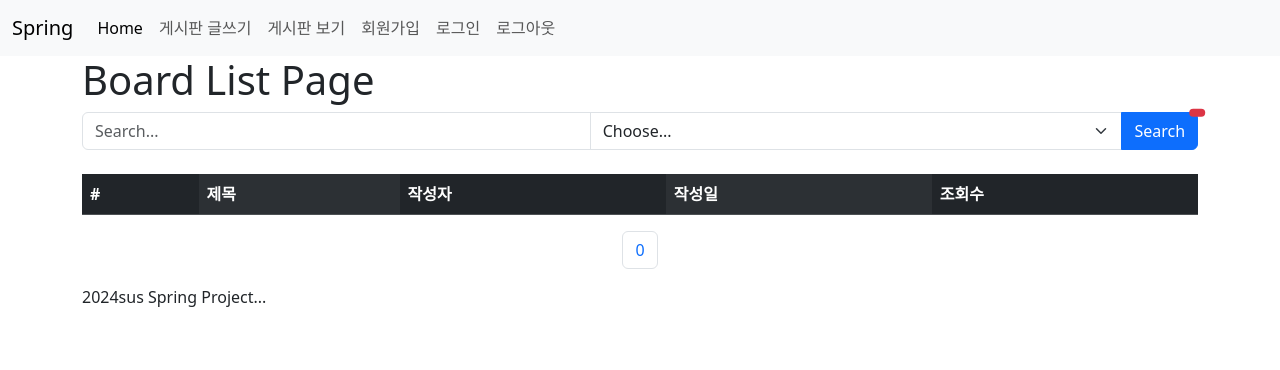
Repository: Ceciliaseon/springTest20240430
Page: http://localhost/spring_study/WEB-INF/views/board/list.jsp
The author's editor kept a copy of each file at every save. The page is drawn from the files as they stood at one save, then again after the next save.
The browser window is 1280 px wide. The pictures show the whole page.
The page is served by Tomcat 9. Nobody is signed in. The template is opened directly, without the code that normally fills it, so the values that code supplies are empty.

Above is the page before, as saved 2024-04-25 02:38:30.

### spring_study/src/main/webapp/WEB-INF/views/board/list.jsp
<%@ page language="java" contentType="text/html; charset=UTF-8"
    pageEncoding="UTF-8"%>
<%@ taglib uri="http://java.sun.com/jsp/jstl/core" prefix="c"%>

<jsp:include page="../layout/header.jsp" />

<div class="container-md">
	<h1>Board List Page</h1>
	<!-- 검색라인  -->
	<form action="/board/list" method="get">
		<div class="input-group">
			<input type="text" class="form-control" placeholder="Search..." aria-label="Username">
		  <select class="form-select" id="inputGroupSelect04" aria-label="Example select with button addon">
		    <option selected>Choose...</option>
		    <option value="1">title</option>
		    <option value="2">writer</option>
		    <option value="3">content</option>
		  </select>
		  <button class="btn btn-primary" type="button">
		  	Search
			  <span class="position-absolute top-0 start-100 translate-middle badge rounded-pill bg-danger">
			    ${ph.totalCount }
			    <span class="visually-hidden">unread messages</span>
			  </span>
		  </button>
		</div>
		<br>
	</form>
	<table class="table table-dark table-striped-columns">
		<thead>
			<tr>
				<th>#</th>
				<th>제목</th>
				<th>작성자</th>
				<th>작성일</th>
				<th>조회수</th>
			</tr>
		</thead>
		<tbody>
			<c:forEach items="${list }" var="bvo">
				<tr>
					<td>${bvo.bno }</td>
					<td><a href="/board/detail?bno=${bvo.bno }"> ${bvo.title }</a></td>
					<td>${bvo.writer }</td>
					<td>${bvo.reg_date }</td>
					<td>${bvo.read_count }</td>
				</tr>
			</c:forEach>
		</tbody>
	</table>

	<!-- 페이지네이션 라인 -->
	<nav aria-label="Page navigation example">
	  <ul class="pagination justify-content-center">
	  	<c:if test="${ph.prev }">
	    <li class="page-item">
	      <a class="page-link" href="/board/list?pageNo=${ph.startPage-1 }&qty=${ph.pgvo.qty}" aria-label="Previous">
	        <span aria-hidden="true">&laquo;</span>
	      </a>
	    </li>
	    </c:if>

	    <c:forEach begin="${ph.startPage }" end="${ph.endPage }" var="i">
	    	<li class="page-item">
	    		<a class="page-link" href="/board/list?pageNo=${i }&qty=${ph.pgvo.qty}">${i }</a>
	    	</li>
	    </c:forEach>

	    <c:if test="${ph.next }">
	    <li class="page-item">
	      <a class="page-link" href="/board/list?pageNo=${ph.endPage+1 }&qty=${ph.pgvo.qty}" aria-label="Next">
	        <span aria-hidden="true">&raquo;</span>
	      </a>
	    </li>
	    </c:if>
	  </ul>
	</nav>
</div>

<jsp:include page="../layout/footer.jsp" />

### spring_study/src/main/webapp/WEB-INF/views/layout/header.jsp
<%@ page language="java" contentType="text/html; charset=UTF-8"
    pageEncoding="UTF-8"%>
<!DOCTYPE html>
<html>
<head>
<meta charset="UTF-8">
<title>header.jsp</title>
<link href="https://cdn.jsdelivr.net/npm/bootstrap@5.3.3/dist/css/bootstrap.min.css" rel="stylesheet" integrity="sha384-QWTKZyjpPEjISv5WaRU9OFeRpok6YctnYmDr5pNlyT2bRjXh0JMhjY6hW+ALEwIH" crossorigin="anonymous">
<script src="https://cdn.jsdelivr.net/npm/bootstrap@5.3.3/dist/js/bootstrap.bundle.min.js" integrity="sha384-YvpcrYf0tY3lHB60NNkmXc5s9fDVZLESaAA55NDzOxhy9GkcIdslK1eN7N6jIeHz" crossorigin="anonymous"></script>
</head>
<body>

<nav class="navbar navbar-expand-lg bg-body-tertiary">
  <div class="container-fluid">
    <a class="navbar-brand" href="#">Spring</a>
    <button class="navbar-toggler" type="button" data-bs-toggle="collapse" data-bs-target="#navbarSupportedContent" aria-controls="navbarSupportedContent" aria-expanded="false" aria-label="Toggle navigation">
      <span class="navbar-toggler-icon"></span>
    </button>
    <div class="collapse navbar-collapse" id="navbarSupportedContent">
      <ul class="navbar-nav me-auto mb-2 mb-lg-0">
        <li class="nav-item">
          <a class="nav-link active" aria-current="page" href="#">Home</a>
        </li>
        <li class="nav-item">
          <a class="nav-link" href="/board/register">게시판 글쓰기</a>
        </li>
        <li class="nav-item">
          <a class="nav-link" href="/board/list">게시판 보기</a>
        </li>
        <li class="nav-item">
          <a class="nav-link" href="#">회원가입</a>
        </li>
        <li class="nav-item">
          <a class="nav-link" href="#">로그인</a>
        </li>
        <li class="nav-item">
          <a class="nav-link" href="#">로그아웃</a>
        </li>
      </ul>
    </div>
  </div>
</nav>

### spring_study/src/main/webapp/WEB-INF/views/layout/footer.jsp
<%@ page language="java" contentType="text/html; charset=UTF-8"
    pageEncoding="UTF-8"%>

<div class="container-md">
	2024sus Spring Project...
</div>

</body>
</html>

After the next save:
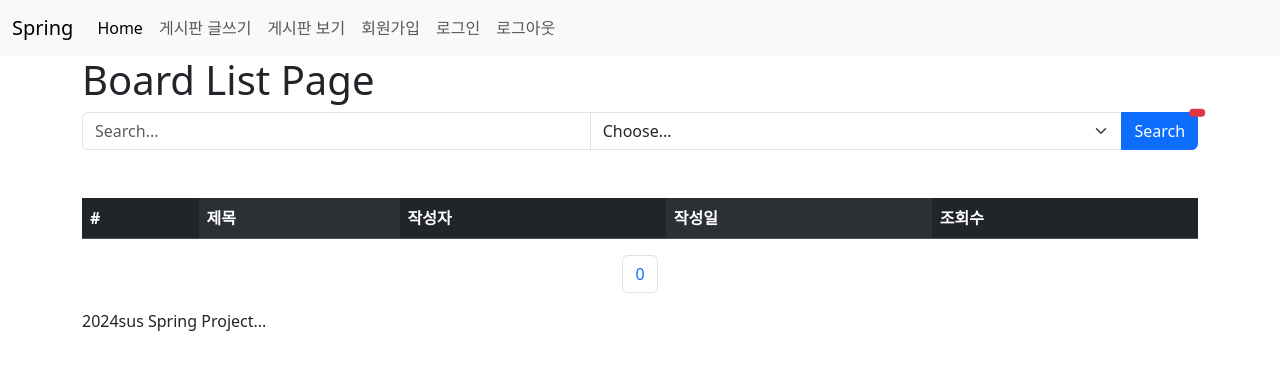
Saved 7 s later.
--- a/spring_study/src/main/webapp/WEB-INF/views/board/list.jsp
+++ b/spring_study/src/main/webapp/WEB-INF/views/board/list.jsp
@@ -24,7 +24,7 @@
 			  </span>
 		  </button>
 		</div>
-		<br>
+		<br> <br>
 	</form>
 	<table class="table table-dark table-striped-columns">
 		<thead>

After the save that followed:
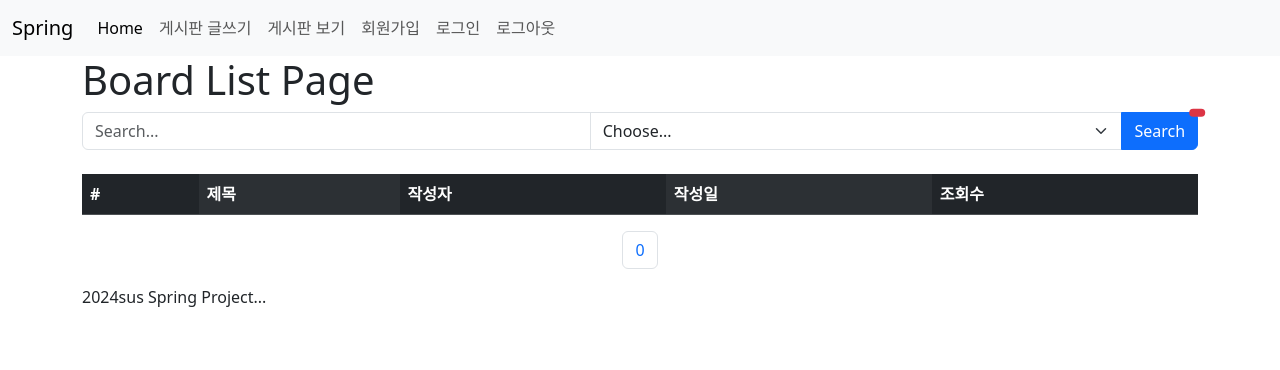
Saved 9 s later.
--- a/spring_study/src/main/webapp/WEB-INF/views/board/list.jsp
+++ b/spring_study/src/main/webapp/WEB-INF/views/board/list.jsp
@@ -24,7 +24,7 @@
 			  </span>
 		  </button>
 		</div>
-		<br> <br>
+		<br>
 	</form>
 	<table class="table table-dark table-striped-columns">
 		<thead>
